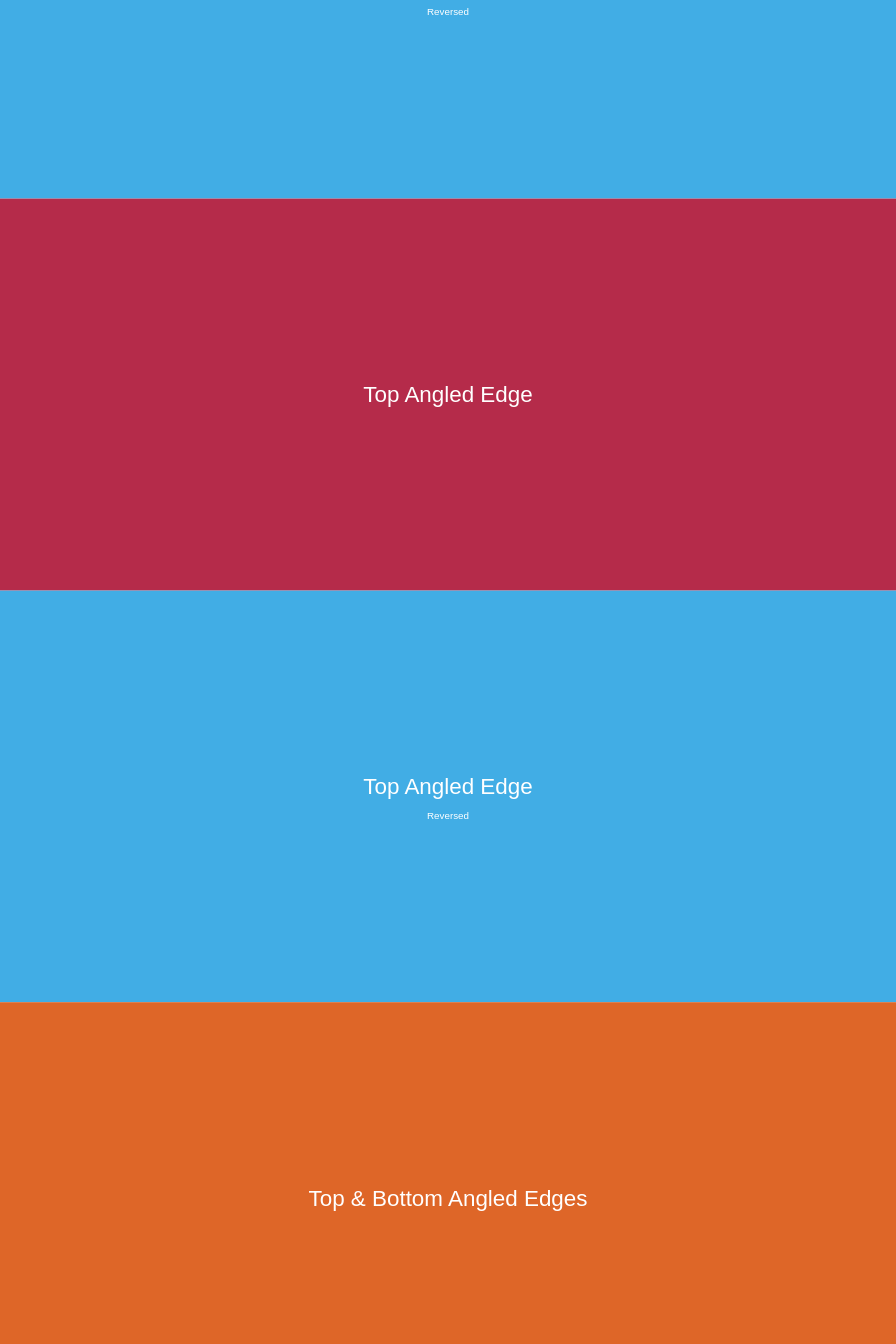
Repository: FrontendProjectsNL/mijn-portfolio-project
Page: /test-skewed-triangle
The author's editor kept a copy of each file at every save. The page is drawn from the files as they stood at one save, then again after the next save.
The browser window is 1280 px wide. The pictures show the part of the page from y = 864 to 2784 px (the page is 3444 px tall before and 3478 px after), at 70% of full size.
The project was rebuilt for these pictures with package versions that can differ from the ones it lists, and the page was loaded fresh each time. The framework's server and built-in components were replaced by stand-ins that run in the browser. Also part of the build but not shown: next.config.mjs.

Above is the page before, as saved 2024-10-23 00:30:21.

### app/layout.tsx
import type { Metadata } from 'next';
import localFont from 'next/font/local';

import { Roboto, Fira_Code, HelveticaNowDisplay } from 'next/font/google';

import './globals.css';

const geistSans = localFont({
  src: './fonts/GeistVF.woff',
  variable: '--font-geist-sans',
  weight: '100 900',
});
const geistMono = localFont({
  src: './fonts/GeistMonoVF.woff',
  variable: '--font-geist-mono',
  weight: '100 900',
});

const roboto = Roboto({
  subsets: ['latin'],
  weight: ['300', '400', '500', '700'],
  variable: '--font-roboto',
});

const firaCode = Fira_Code({
  subsets: ['latin'],
  weight: ['300', '400', '500', '700'],
  variable: '--font-fira-code',
});

export const metadata: Metadata = {
  title: 'Create Next App',
  description: 'Generated by create next app',
};

export default function RootLayout({
  children,
}: Readonly<{
  children: React.ReactNode;
}>) {
  return (
    <html lang="en">
      <body
        className={`${roboto.variable} ${firaCode.variable} ${geistSans.variable} ${geistMono.variable} antialiased`}
      >
        {children}
      </body>
    </html>
  );
}

### app/test-skewed-triangle/page.tsx
import '../test-skewed-triangle/skewed-triangle.css';

interface SkewedTriangleProps {}

const SkewedTriangle: React.FC<SkewedTriangleProps> = () => {
  return (
    <div>
      <div className="block bg-berry edge edge--bottom">
        <h1>Bottom Angled Edge</h1>
      </div>

      <div className="block bg-blue edge edge--bottom-reverse">
        <h1>Bottom Angled Edge</h1>
        <p>Reversed</p>
      </div>

      <div className="block bg-berry edge edge--top">
        <h1>Top Angled Edge</h1>
      </div>

      <div className="block bg-blue edge edge--top-reverse">
        <h1>Top Angled Edge</h1>
        <p>Reversed</p>
      </div>

      <div className="block bg-orange edge edge--both">
        <h1>Top & Bottom Angled Edges</h1>
      </div>

      <div className="block bg-green edge edge--both-reverse">
        <h1>Top & Bottom Angled Edges</h1>
        <p>Reversed</p>
      </div>
    </div>
  );
};

export default SkewedTriangle;

### app/test-skewed-triangle/skewed-triangle.css
.edge--triangle {
  position: relative;
  z-index: 1;
}

.edge--triangle::after {
  background: inherit;
  content: '';
  display: block;
  width: 100%;
  height: 100%;
  position: absolute;
  bottom: 0;
  left: 0;
  z-index: -1;
  transform: skewY(-45deg); /* Adjust skew to make a triangle-like shape */
  transform-origin: 100% 100%;
}

/* Background Colors */
.bg-berry {
  background: #b52b4a;
}

.bg-blue {
  background: #41ade5;
}

.bg-orange {
  background: #de6628;
}

.bg-green {
  background: #5e9b42;
}

.block {
  color: #fff;
  font-family: 'Fira Sans', sans-serif;
  padding: 20% 20px;
  text-align: center;
}

h1 {
  font-size: 32px;
  font-weight: 500;
}

p {
  font-size: 14px;
  font-weight: 300;
  margin-top: 0.5em;
}

### tailwind.config.ts
import { Roboto } from 'next/font/google';
import type { Config } from 'tailwindcss';

const config: Config = {
  darkMode: ['class'],
  content: [
    './pages/**/*.{js,ts,jsx,tsx,mdx}',
    './components/**/*.{js,ts,jsx,tsx,mdx}',
    './app/**/*.{js,ts,jsx,tsx,mdx}',
  ],

  theme: {
    extend: {
      // You can define custom animations here
      // keyframes: {
      //   slideKeyframe: {
      //     '0%': { transform: 'translateX(0)' },
      //     '100%': { transform: 'translateX(100%)' },
      //   },
      // },
      // animation: {
      //   slideAnimation: 'slideKeyframe 0.5s ease-in-out',
      // },
      fontFamily: {
        roboto: ['var(--font-roboto)', 'sans-serif'],
        firaCode: ['var(--font-fira-code)', 'monospace'],
      },
      colors: {
        background: 'hsl(var(--background))',
        foreground: 'hsl(var(--foreground))',
        card: {
          DEFAULT: 'hsl(var(--card))',
          foreground: 'hsl(var(--card-foreground))',
        },
        popover: {
          DEFAULT: 'hsl(var(--popover))',
          foreground: 'hsl(var(--popover-foreground))',
        },
        primary: {
          DEFAULT: 'hsl(var(--primary))',
          foreground: 'hsl(var(--primary-foreground))',
        },
        secondary: {
          DEFAULT: 'hsl(var(--secondary))',
          foreground: 'hsl(var(--secondary-foreground))',
        },
        muted: {
          DEFAULT: 'hsl(var(--muted))',
          foreground: 'hsl(var(--muted-foreground))',
        },
        accent: {
          DEFAULT: 'hsl(var(--accent))',
          foreground: 'hsl(var(--accent-foreground))',
        },
        destructive: {
          DEFAULT: 'hsl(var(--destructive))',
          foreground: 'hsl(var(--destructive-foreground))',
        },
        border: 'hsl(var(--border))',
        input: 'hsl(var(--input))',
        ring: 'hsl(var(--ring))',
        chart: {
          '1': 'hsl(var(--chart-1))',
          '2': 'hsl(var(--chart-2))',
          '3': 'hsl(var(--chart-3))',
          '4': 'hsl(var(--chart-4))',
          '5': 'hsl(var(--chart-5))',
        },
      },
      borderRadius: {
        lg: 'var(--radius)',
        md: 'calc(var(--radius) - 2px)',
        sm: 'calc(var(--radius) - 4px)',
      },
    },
  },
  plugins: [require('tailwindcss-animate')],
};
export default config;

Loaded but not shown: app/globals.css (common file)

After the next save:
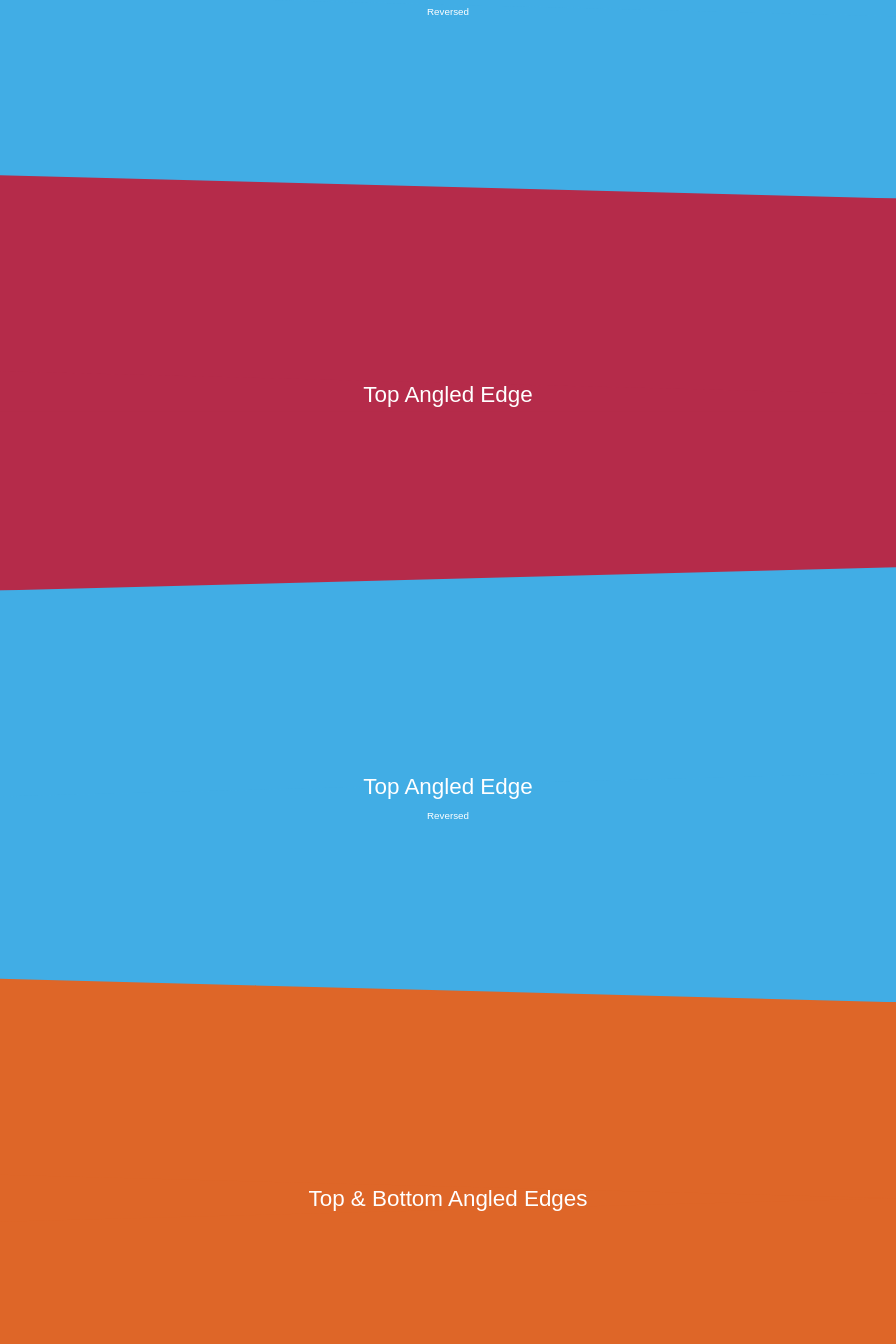
Saved 13 s later.
--- a/app/test-skewed-triangle/skewed-triangle.css
+++ b/app/test-skewed-triangle/skewed-triangle.css
@@ -1,20 +1,67 @@
-.edge--triangle {
+.edge {
   position: relative;
   z-index: 1;
 }
 
-.edge--triangle::after {
+.edge::before,
+.edge::after {
   background: inherit;
   content: '';
   display: block;
-  width: 100%;
-  height: 100%;
+  height: 50%;
+  left: 0;
   position: absolute;
+  right: 0;
+  z-index: -1;
+  -webkit-backface-visibility: hidden;
+}
+
+.edge--bottom::after {
   bottom: 0;
-  left: 0;
-  z-index: -1;
-  transform: skewY(-45deg); /* Adjust skew to make a triangle-like shape */
-  transform-origin: 100% 100%;
+  transform: skewY(-1.5deg);
+  transform-origin: 100%;
+}
+
+.edge--bottom-reverse::after {
+  bottom: 0;
+  transform: skewY(1.5deg);
+  transform-origin: 0 100%;
+}
+
+.edge--top::before {
+  top: 0;
+  transform: skewY(1.5deg);
+  transform-origin: 100% 0;
+}
+
+.edge--top-reverse::before {
+  top: 0;
+  transform: skewY(-1.5deg);
+  transform-origin: 0 0;
+}
+
+.edge--both::before {
+  top: 0;
+  transform: skewY(1.5deg);
+  transform-origin: 100% 0;
+}
+
+.edge--both::after {
+  bottom: 0;
+  transform: skewY(-1.5deg);
+  transform-origin: 100%;
+}
+
+.edge--both-reverse::before {
+  top: 0;
+  transform: skewY(-1.5deg);
+  transform-origin: 0 0;
+}
+
+.edge--both-reverse::after {
+  bottom: 0;
+  transform: skewY(1.5deg);
+  transform-origin: 0 100%;
 }
 
 /* Background Colors */
